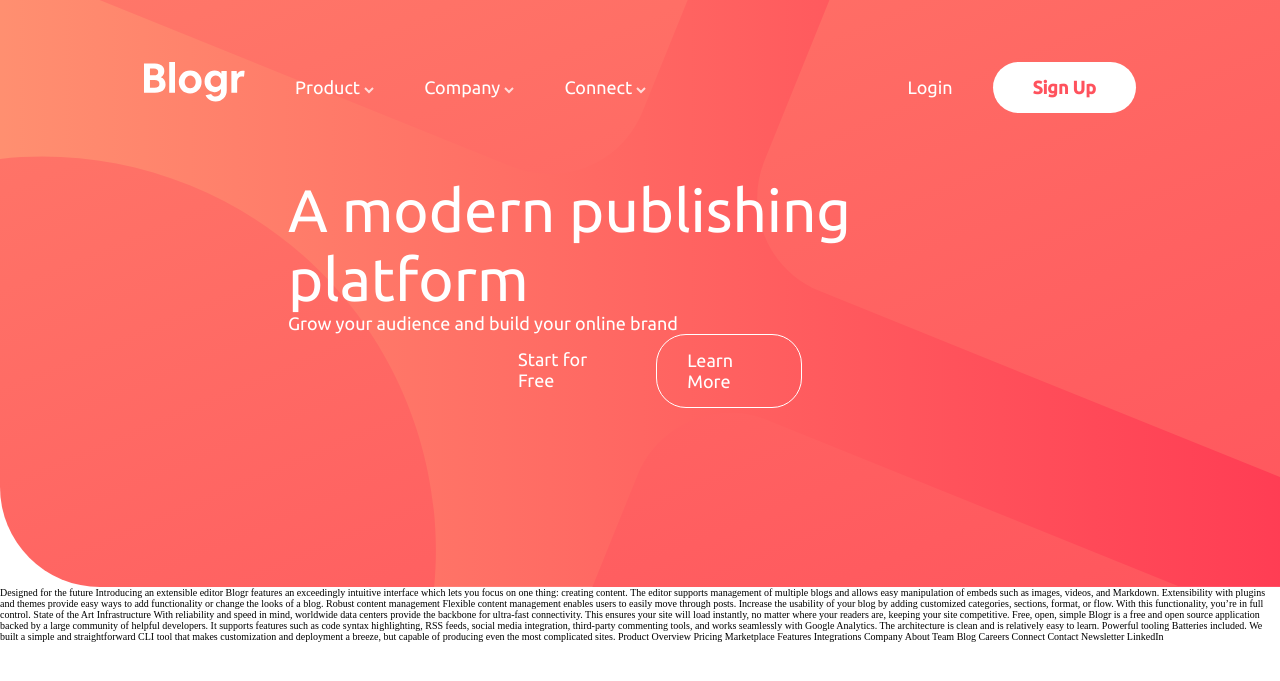
Repository: tomas938/tomaspage3
Page: index.html
These files come from the project's save history. The page is drawn as it stood at one moment and after the next save; the edit follows.
The browser window is 1280 px wide. The pictures show the whole page.
The style sheet was rebuilt from its Sass, Less or Tailwind sources for each picture, by a compiler version that may differ from the author's.

Above is the page before, as saved 2021-07-30 09:24:08.

After the next save:
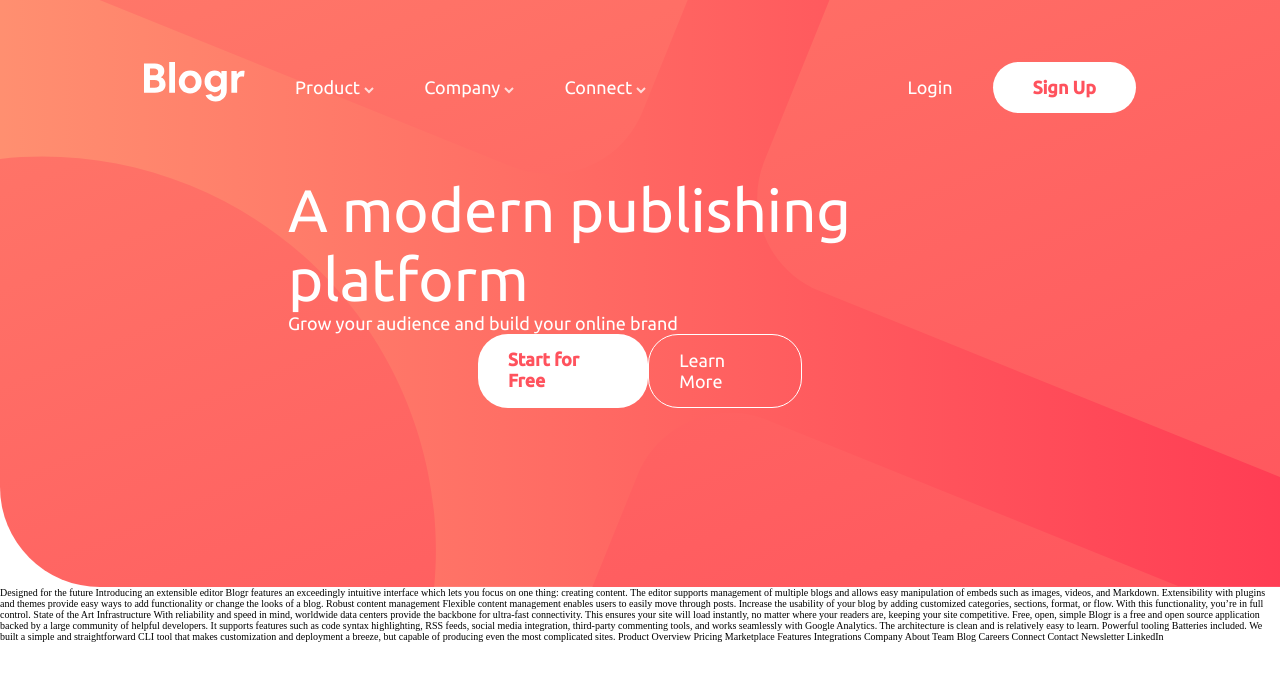
Saved 8 s later.
--- a/scss_partials/_intro.scss
+++ b/scss_partials/_intro.scss
@@ -68,7 +68,7 @@
 	background-color: hsla(0, 0%, 100%, 0.267);
 	color: $white;
 }
-.button-3 {
+.button--3 {
 	background-color: $white;
 	color: $light-red;
 	font-family: $font-secondary;
